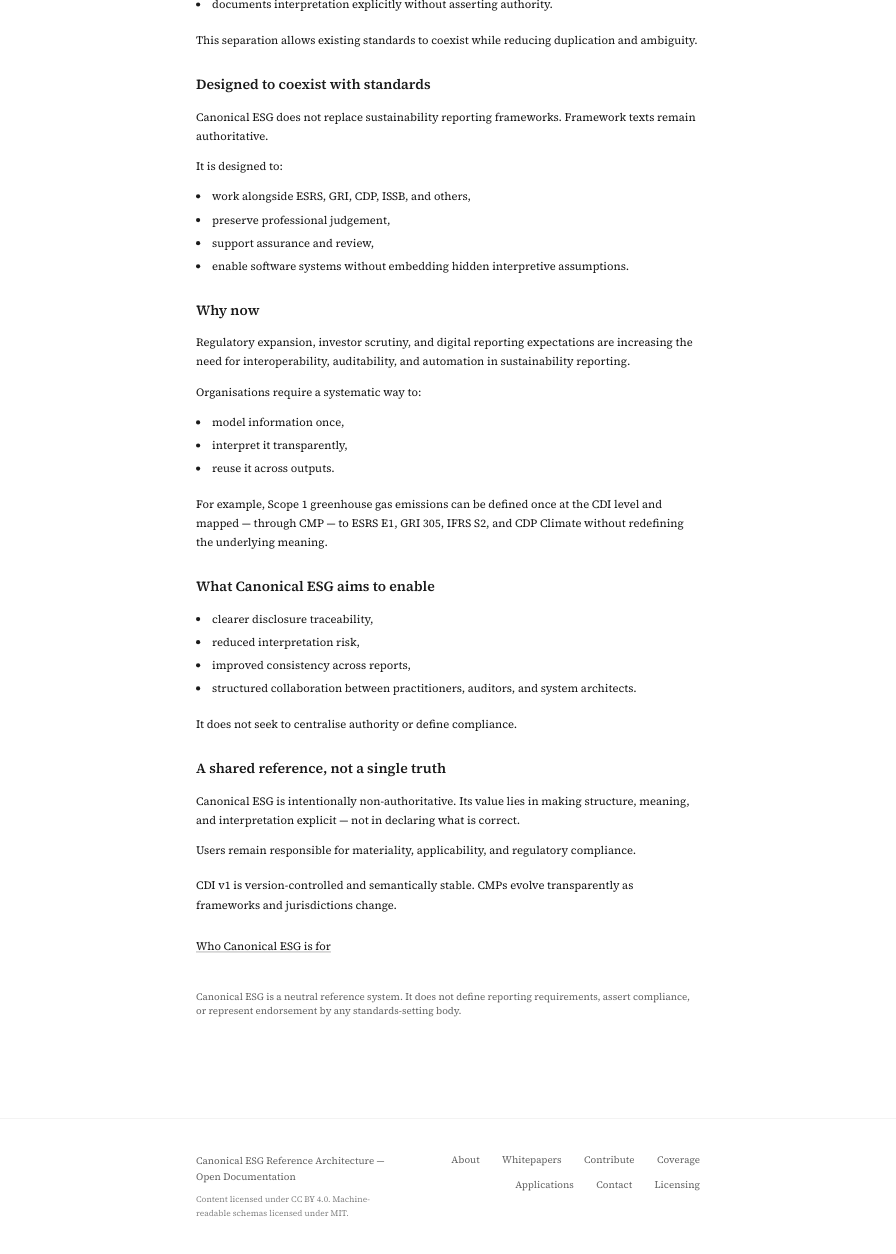
Repository: udaysxd/canonicalesg
Page: /
These files come from the project's save history. The page is drawn as it stood at one moment and after the next save; the edit follows.
The browser window is 1280 px wide. The pictures show the part of the page from y = 1958 to 3878 px (the page is 3749 px tall before and 3878 px after), at 70% of full size.
The project was rebuilt for these pictures with package versions that can differ from the ones it lists, and the page was loaded fresh each time. The framework's server and built-in components were replaced by stand-ins that run in the browser. Also part of the build but not shown: next.config.ts.

Above is the page before, as saved 2026-02-11 13:02:56.

After the next save:
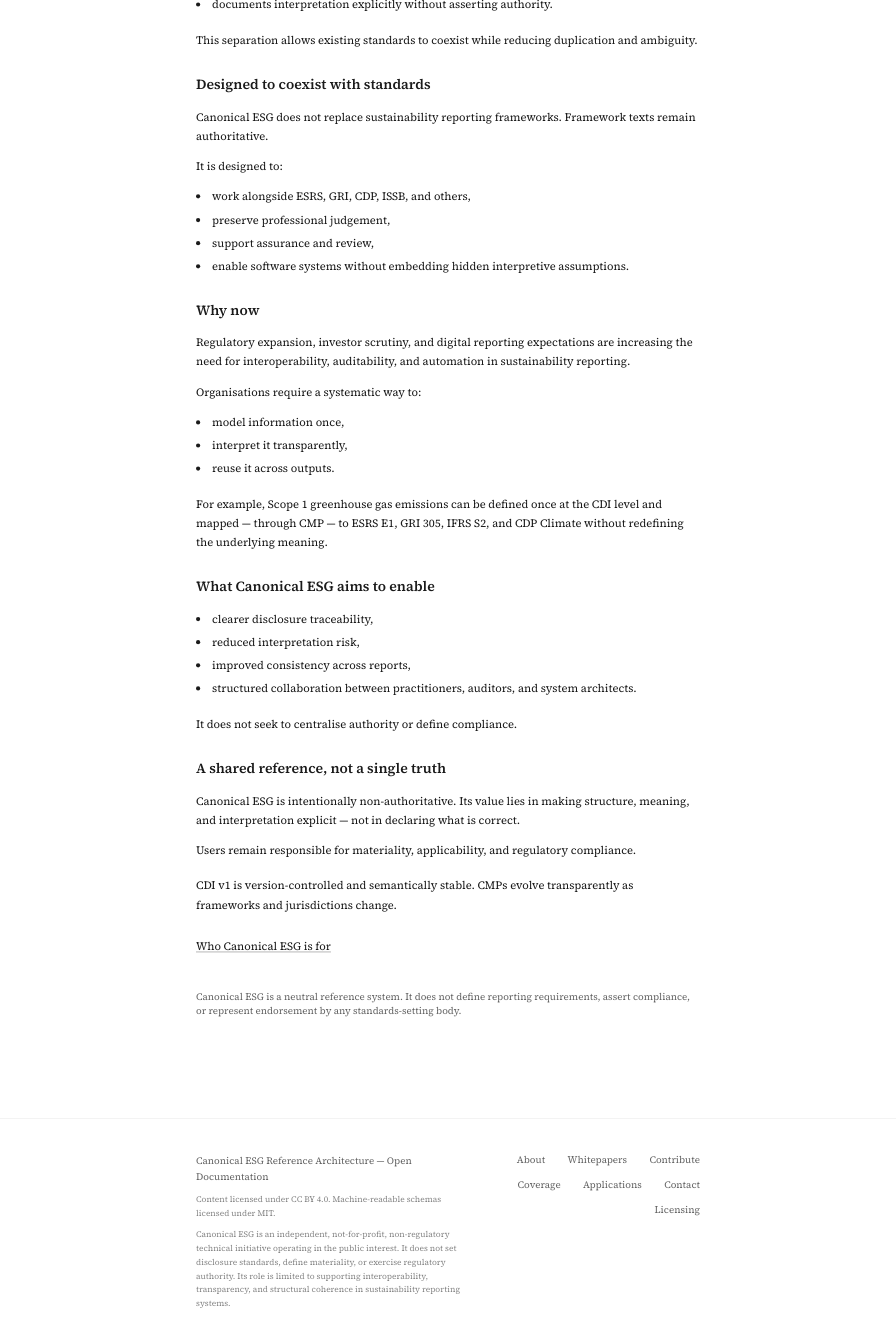
Saved 13 min 46 s later.
--- a/src/app/layout.tsx
+++ b/src/app/layout.tsx
@@ -102,6 +102,7 @@
               <div className="max-w-sm">
                 <p className="text-sm text-[#666] leading-relaxed">Canonical ESG Reference Architecture — Open Documentation</p>
                 <p className="text-xs text-[#888] mt-3 leading-relaxed">Content licensed under CC BY 4.0. Machine-readable schemas licensed under MIT.</p>
+                <p className="text-xs text-[#888] mt-3 leading-relaxed">Canonical ESG is an independent, not-for-profit, non-regulatory technical initiative operating in the public interest. It does not set disclosure standards, define materiality, or exercise regulatory authority. Its role is limited to supporting interoperability, transparency, and structural coherence in sustainability reporting systems.</p>
               </div>
               <ul className="flex flex-wrap gap-x-8 gap-y-4 text-sm lg:justify-end">
                 <li><a href="/about" className="text-[#666] hover:text-[#1a1a1a] hover:underline">About</a></li>
